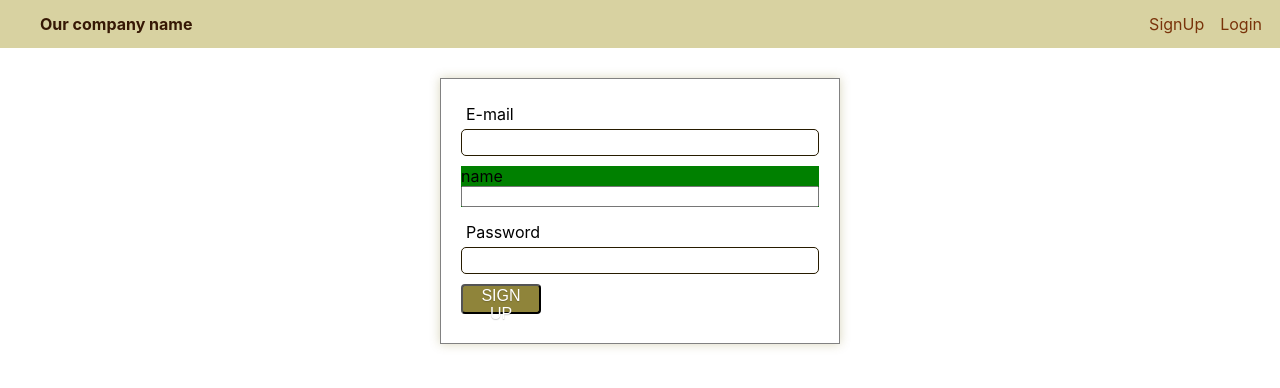
Repository: Zhabskyi/weather-aplication
Page: /sign-up
The author's editor kept a copy of each file at every save. The page is drawn from the files as they stood at one save, then again after the next save.
The browser window is 1280 px wide. The pictures show the whole page.
The project was rebuilt for these pictures with package versions that can differ from the ones it lists, and the page was loaded fresh each time. Also part of the build but not shown: src/components/login/Login.css, src/components/login/loginForm/LoginForm.jsx, src/components/login/LogIn.jsx, src/containers/App.css.

Above is the page before, as saved 2018-12-22 19:49:22.

After the next save:
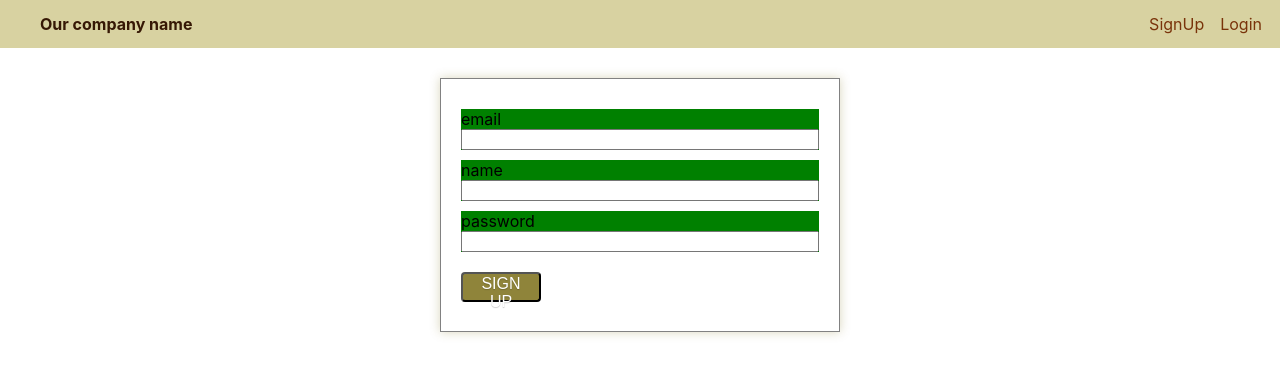
Saved 93 s later.
--- a/src/components/sign-up/signUpForm/SignUpForm.jsx
+++ b/src/components/sign-up/signUpForm/SignUpForm.jsx
@@ -58,20 +58,17 @@ class SignUpForm extends React.Component {
 
   render() {
 		const {isEmail, isName, isPassword} = this.state;
-		let inputEmailClass = classnames('sign-in__container__input', {'input-error': isEmail});
-		let inputNameClass = classnames('sign-in__container__input', {'input-error': isName});
-		let inputPasswordClass = classnames('sign-in__container__input', {'input-error': isPassword});
+		// let inputPasswordClass = classnames('sign-in__container__input', {'input-error': isPassword});
 
     return <form onSubmit={this.handleFormSignIn}>
-      <div className='sign-in__container'>
-        <label className='sign-in__container__label' htmlFor='email'>E-mail</label>
-				<input className={inputEmailClass}
-					onChange={this.chnageHandler('email')}
-					onBlur={this.lengthChecker('isEmail')}
-					value={this.state.email}
-					type="email"
-					id='email'/>
-      </div>
+			<Input
+				title='email'
+				onChange={this.chnageHandler('email')}
+				onBlur={this.lengthChecker('isEmail')}
+				value={this.state.email}
+				type='email'
+				id='email'
+			/>
 			<Input
 				title='name'
 				onChange={this.chnageHandler('name')}
@@ -80,15 +77,14 @@ class SignUpForm extends React.Component {
 				type='text'
 				id='name'
 			/>
-      <div className='sign-in__container'>
-        <label className='sign-in__container__label' htmlFor='password'>Password</label>
-				<input className={inputPasswordClass}
+			<Input
+					title='password'
 					onChange={this.chnageHandler('password')}
 					onBlur={this.lengthChecker('isPassword')}
 					value={this.state.password}
-					type="password"
-					id='password'/>
-      </div>
+					type='password'
+					id='password'
+				/>
       <button type='Submit' className='sign-in__button'>SIGN UP</button>
     </form>
   }
